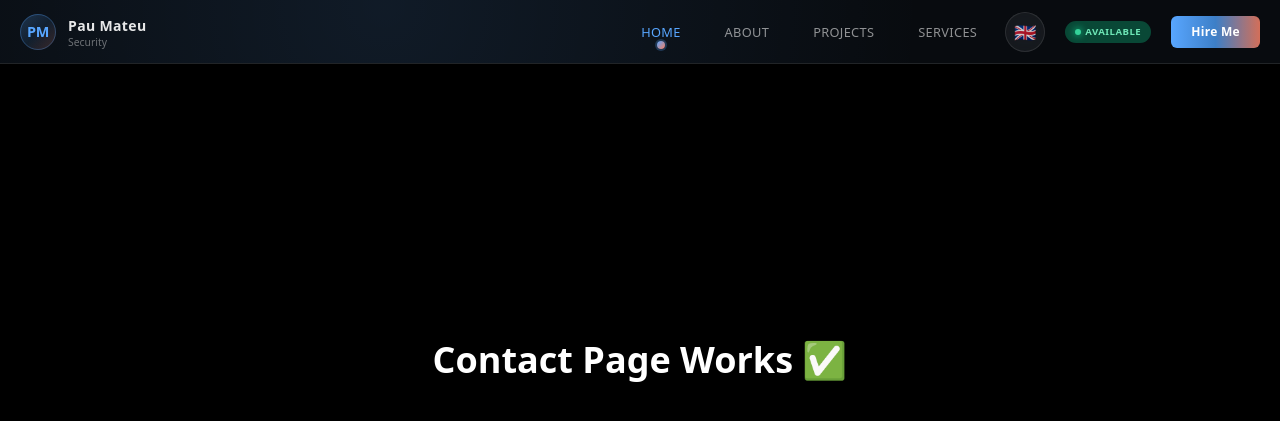
Repository: ElStevenn/webpage
Page: /contact
These files come from the project's save history. The page is drawn as it stood at one moment and after the next save; the edit follows.
The browser window is 1280 px wide. The pictures show the whole page.
The project was rebuilt for these pictures with package versions that can differ from the ones it lists, and the page was loaded fresh each time. The framework's server and built-in components were replaced by stand-ins that run in the browser. Also part of the build but not shown: next.config.ts.

Above is the page before, as saved 2025-07-21 17:47:34.

After the next save:
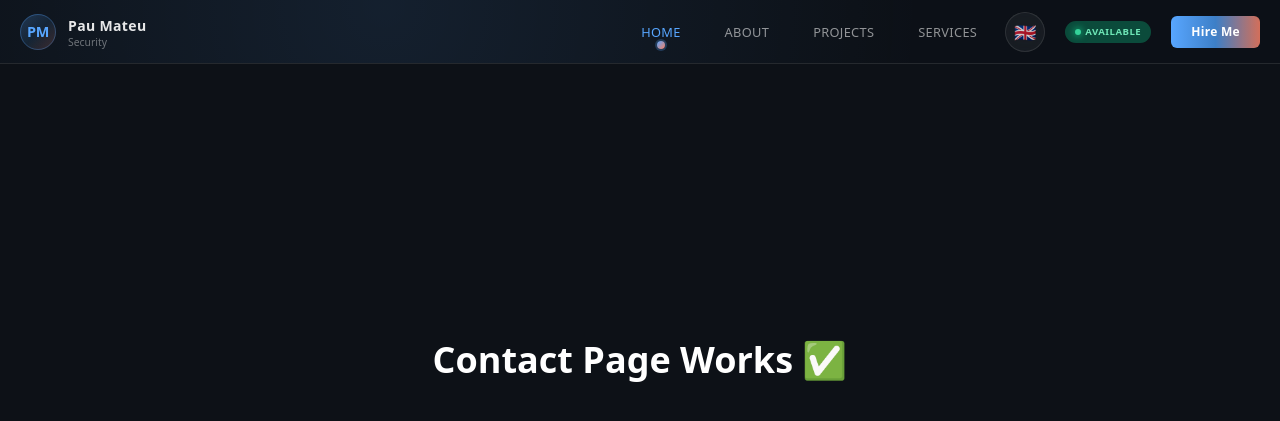
Saved 2 min 58 s later.
--- a/src/app/contact/page.tsx
+++ b/src/app/contact/page.tsx
@@ -1,7 +1,11 @@
+// src/app/contact/page.tsx
+
+'use client'
+
 export default function ContactPage() {
-    return (
-      <main className="min-h-screen flex items-center justify-center text-white bg-black">
-        <h1 className="text-4xl font-bold">Contact Page Works ✅</h1>
-      </main>
-    )
-  }
+  return (
+    <main className="min-h-screen flex items-center justify-center bg-[#0D1117] text-white">
+      <h1 className="text-4xl font-bold">Contact Page Works ✅</h1>
+    </main>
+  )
+}
